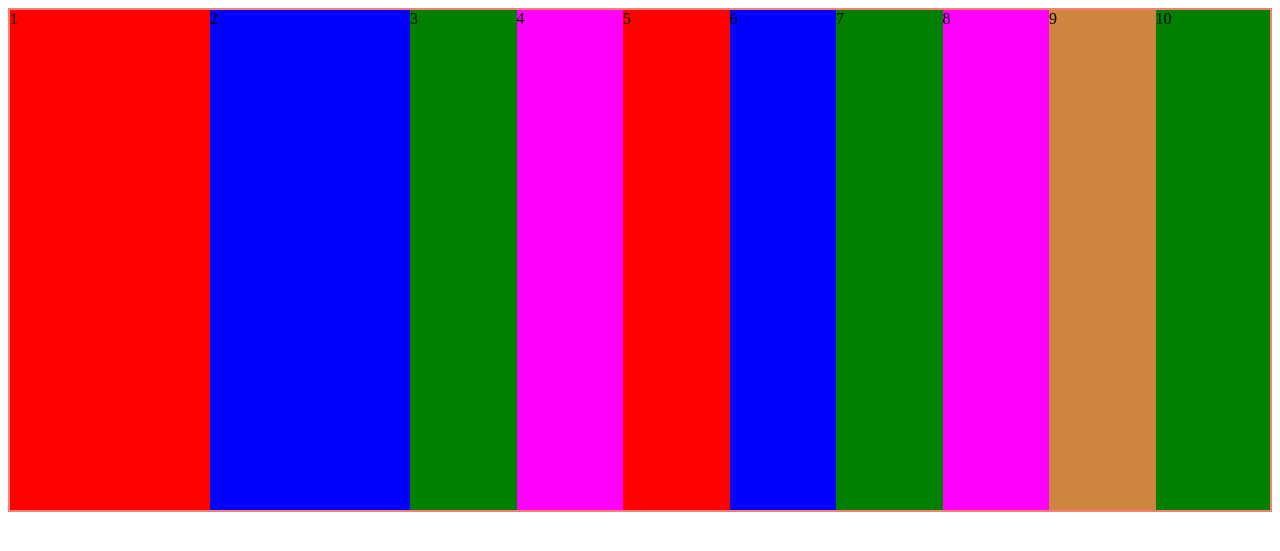
Repository: DinkarRavi/Dinkar_Coding
Page: 22aug24/grid.html
The author's editor kept a copy of each file at every save. The page is drawn from the files as they stood at one save, then again after the next save.
The browser window is 1280 px wide. The pictures show the whole page.

Above is the page before, as saved 2024-08-22 15:12:43.

After the next save:
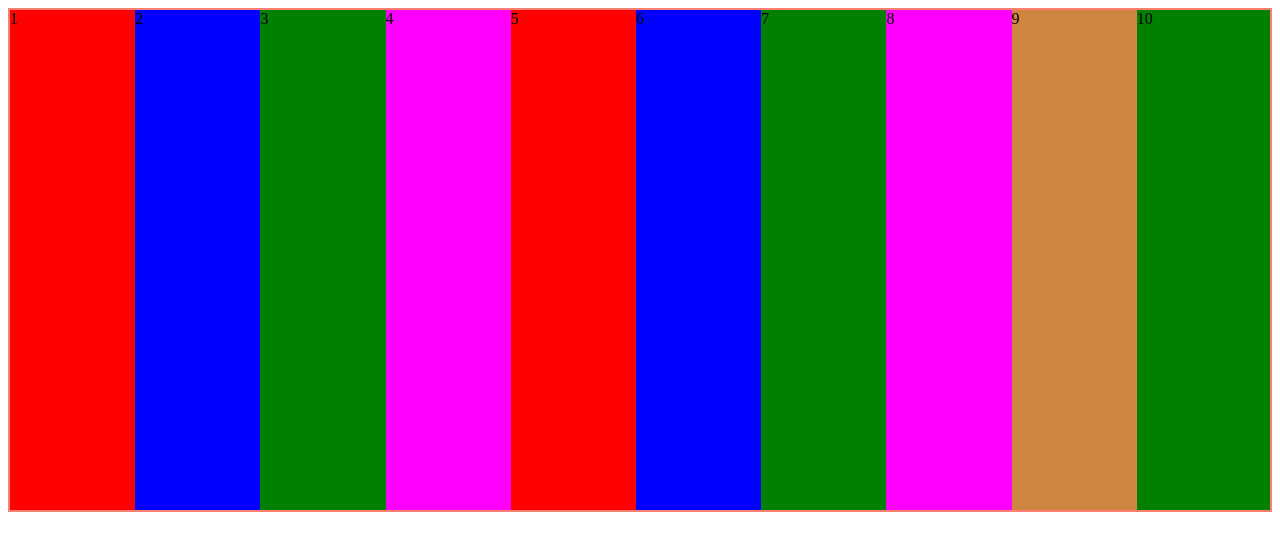
Saved 7 s later.
--- a/22aug24/grid.css
+++ b/22aug24/grid.css
@@ -5,7 +5,7 @@
 
 height: 500px;
 display: grid;
-grid-template-columns: 200px 200px;
+/* grid-template-columns: 200px 200px;  */
 /* grid-template-rows: 200px 200px;  */
 /* grid-auto-rows: 50px;
 grid-template-columns:100px;  */

After the save that followed:
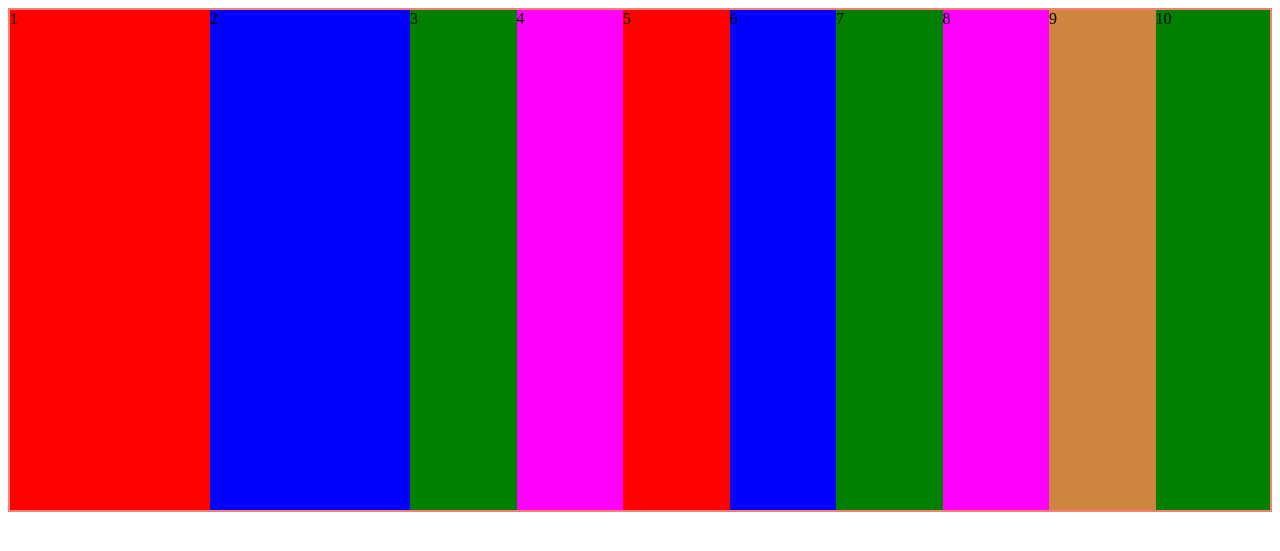
Saved 78 s later.
--- a/22aug24/grid.css
+++ b/22aug24/grid.css
@@ -5,7 +5,7 @@
 
 height: 500px;
 display: grid;
-/* grid-template-columns: 200px 200px;  */
+grid-template-columns: 200px 200px;
 /* grid-template-rows: 200px 200px;  */
 /* grid-auto-rows: 50px;
 grid-template-columns:100px;  */
